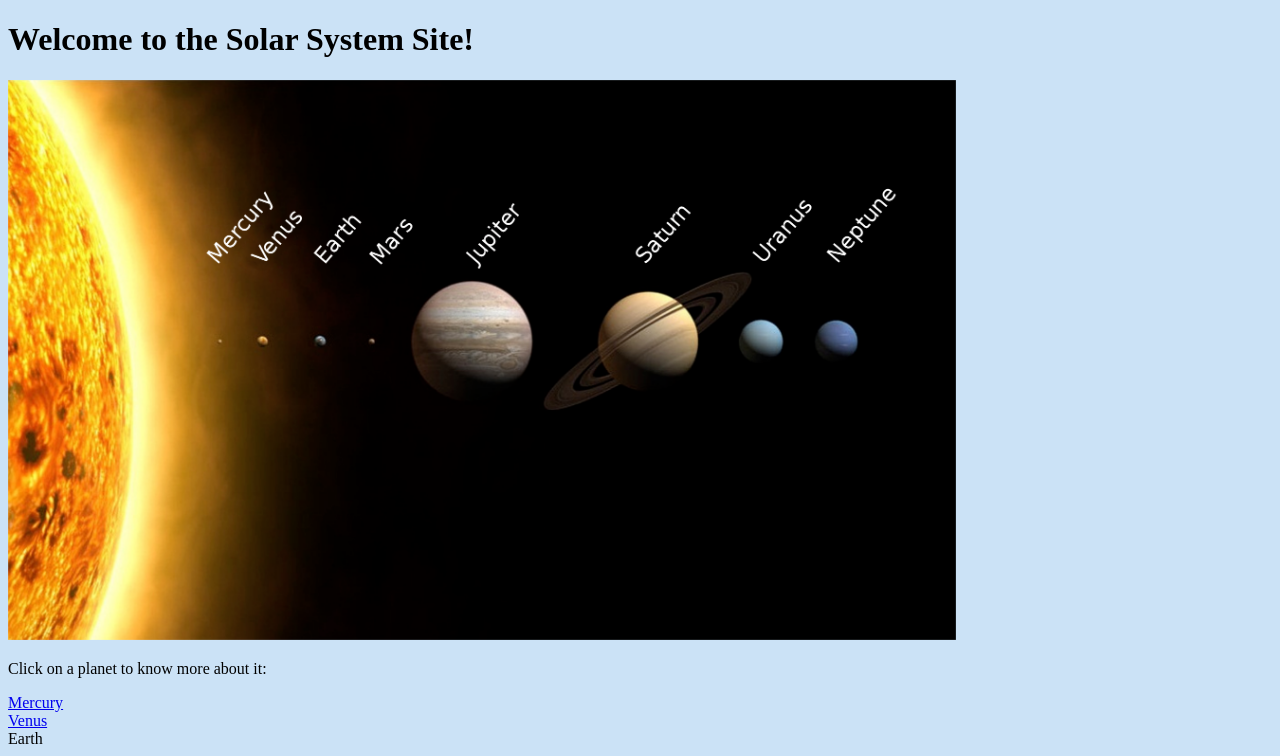
Repository: AdrienBarens/CST336-Lab6
Page: http://localhost/
The author's editor kept a record of every edit. The page is drawn from the files as they stood at one moment, then again after the next edit.
The browser window is 1280 px wide. The pictures show the whole page.
The page is served by the project's Node server (app.js).

Above is the page before.

After the next edit:
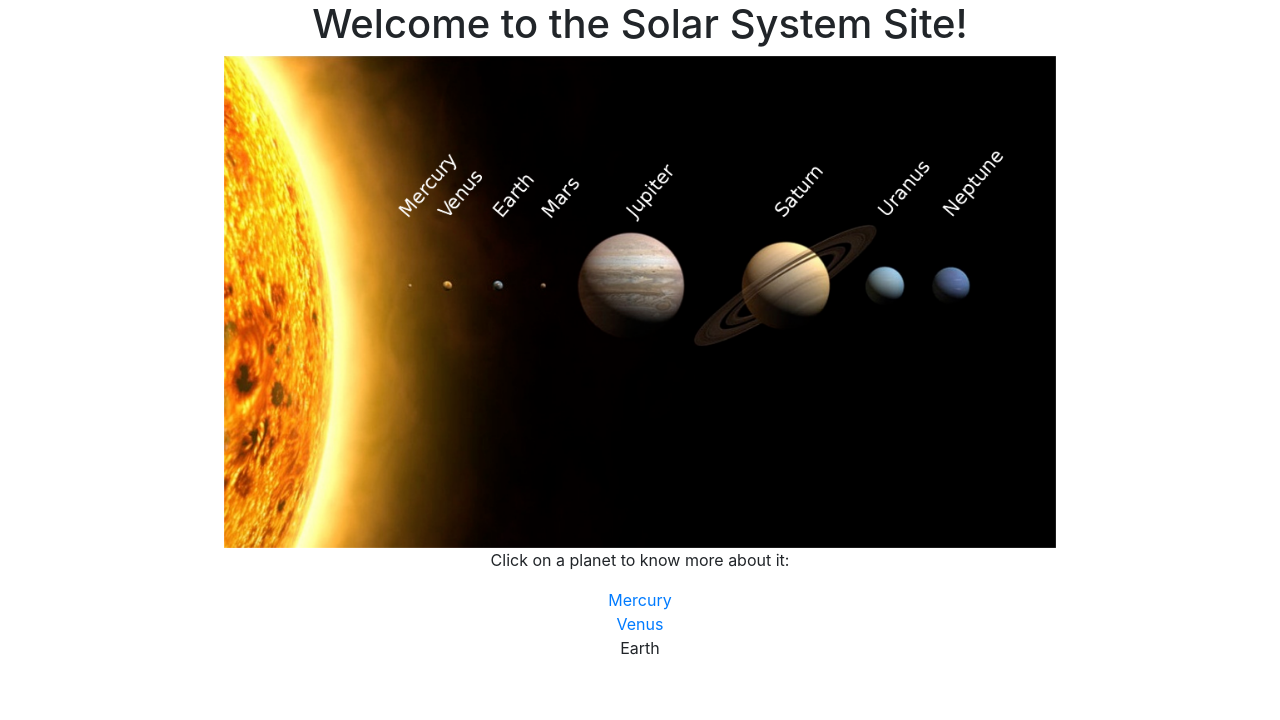
The edit:
--- a/views/index.html
+++ b/views/index.html
@@ -1,13 +1,8 @@
-<!DOCTYPE html>
-<html>
-    <head>
-        <title> The Solar System </title>
-        <link rel="stylesheet" href="/css/styles.css" />
-    </head>
-    <body>
-        <h1> Welcome to the Solar System Site! </h1>
-        <img src="/img/solar_system.png" alt="The Solar System"></img>
-        <p> Click on a planet to know more about it:</p>
+<%- include('partials/header.ejs') %>
+
+    <h1> Welcome to the Solar System Site! </h1>
+    <img src="/img/solar_system.png" alt="The Solar System"></img>
+    <p> Click on a planet to know more about it:</p>
 
             <a href="/mercury"> Mercury </a> <br>
             <a href="/venus"> Venus </a> <br>
